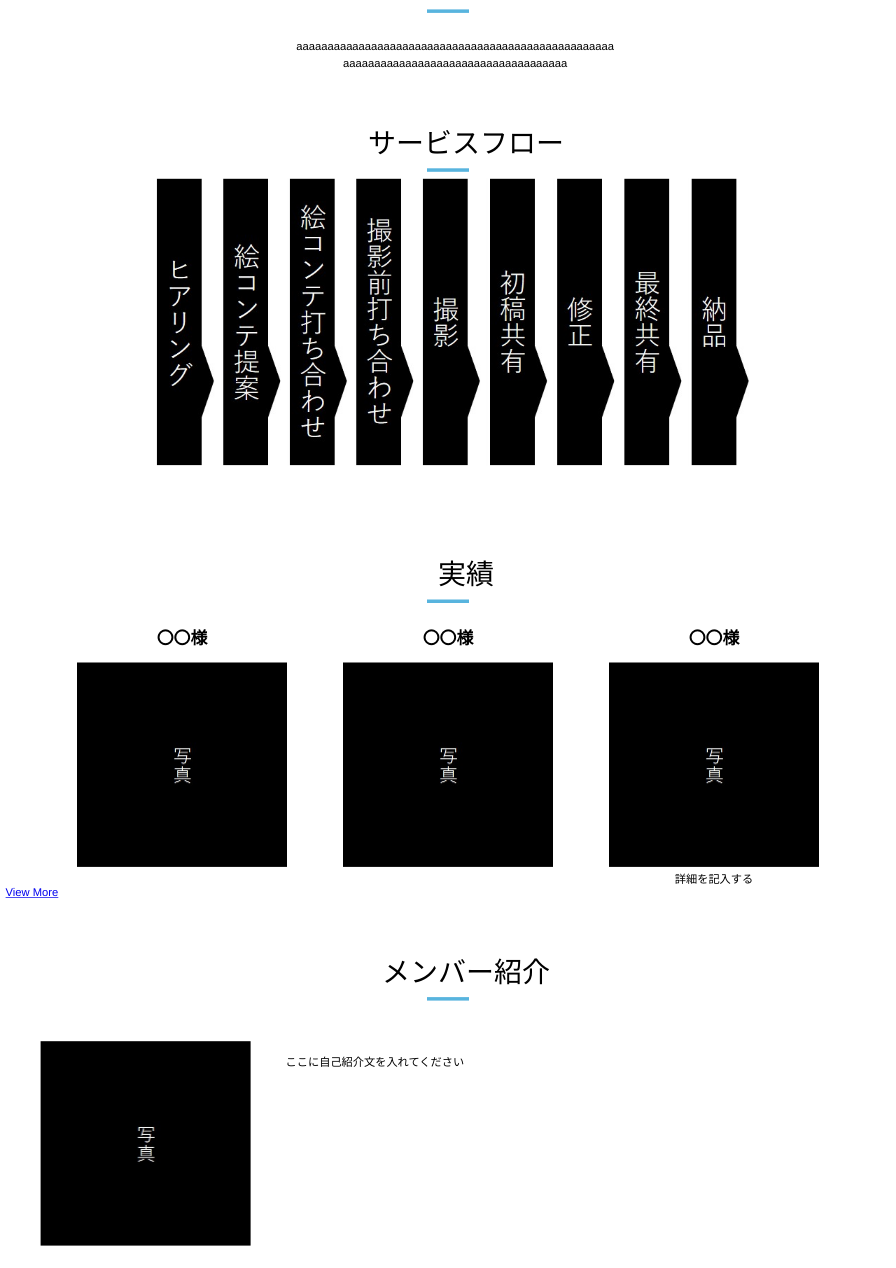
Repository: takumi-kojima0901/js.practice
Page: carkichi/carkichi.html
The author's editor kept a record of every edit. The page is drawn from the files as they stood at one moment, then again after the next edit.
The browser window is 1280 px wide. The pictures show the part of the page from y = 679 to 2599 px (the page is 2490 px tall before and 2599 px after), at 70% of full size.

Above is the page before.

### carkichi/carkichi.html
<!doctype html>
<html lang="ja">

<head>
<meta charset="UTF-8">
<title>仮</title>
<link rel="stylesheet" media="all" href="carkichi.css">

</head>

<body>

    <header id="header">
	 <img src="scale.jpg" alt="">
    	<div id="slogan">
	    	<h1>キャッチフレーズ</h1>
	    	<h2>説明文を入れます説明文を入れます</h2>
    	</div>
　  </header>

　<section id="about">
　	<div class = "section_title">
　		Avout Us
　	</div>
　	<div class = "about_service">
　		aaaaaaaaaaaaaaaaaaaaaaaaaaaaaaaaaaaaaaaaaaaaaaaaaaa
　		<br>
　		aaaaaaaaaaaaaaaaaaaaaaaaaaaaaaaaaaaa
　	</div>

　</section>


<!-- サービスフロー -->
　<section id="service_flow">
　	<div class = "section_title">
　		サービスフロー
　	</div>
	<div class = "flow_area">
	    <div class = "flow_part">

	        <p>
	            <a href = "#modal-01">
	            	 <div class = "detail_botton" >
	                      <img src = "flow1.jpg" width:122px height:264px>
	                 </div>
	            </a>
	            <div class="modal-wrapper" id="modal-01">
	            	<a href="#!" class="modal-overlay"></a>
	            	      <div class="modal-window">
	            	      	<div class="modal-content">
	            	      		<h4>Modal window</h4>
	            	      		　　<p>
	            	      		　　	Lorem ipsum dolor sit amet, consectetur adipiscing elit. Morbi ut cursus felis. Etiam hendrerit turpis at massa auctor semper.
	            	      		　　</p>
	            	      	</div>
	            	<a href="#!" class="modal-close">×</a>
	            	      </div>
	        　　</div>
	        </p>

	        <p>
	            <a href = "#modal-02">
	            	 <div class = "detail_botton" >
	                      <img src = "flow2.jpg" width:122px height:264px>
	                 </div>
	            </a>
	            <div class="modal-wrapper" id="modal-02">
	            	<a href="#!" class="modal-overlay"></a>
	            	    <div class="modal-window">
	            	    	<div class="modal-content">
	            	    		<h4>gggggggggggggggg</h4>
	            	    		   <p>
	            	    		   aaaaaaaaaaaaaaaaaaaaaaaaaaaaaaaaaaaaaaaaaaaaaaaaaaa
	            	    		   </p>
	            	    	</div>
	            	<a href="#!" class="modal-close">×</a>
	            	　　</div>
	            </div>
	        </p>

	        <p>
	            <a href = "#modal-03">
	            	 <div class = "detail_botton" >
	                      <img src = "flow3.jpg" width:122px height:264px>
	                 </div>
	            </a>
	            <div class="modal-wrapper" id="modal-03">
	            	<a href="#!" class="modal-overlay"></a>
	            	    <div class="modal-window">
	            	    	<div class="modal-content">
	            	    		<h4>sss</h4>
	            	    		<p>
                                   ssss
	            	    		</p>
	            	    	</div>
	            	<a href="#!" class="modal-close">×</a>
	            	　　</div>
	            </div>
	        </p>

	        <p>
	            <a href = "#modal-04">
	            	 <div class = "detail_botton" >
	                      <img src = "flow4.jpg" width:122px height:264px>
	                 </div>
	            </a>
	            <div class="modal-wrapper" id="modal-04">
	            	<a href="#!" class="modal-overlay"></a>
	            	    <div class="modal-window">
	            	    	<div class="modal-content">
	            	    		<h4>fffffffffff</h4>
	            	    		<p>
	            	    			ffffffffffffffffffff
	            	    		</p>
	            	    	</div>
	            	<a href="#!" class="modal-close">×</a>
	            	　　</div>
	            </div>
	        </p>

	        <p>
	            <a href = "#modal-05">
	            	 <div class = "detail_botton" >
	                      <img src = "flow5.jpg" width:122px height:264px>
	                 </div>
	            </a>
	            <div class="modal-wrapper" id="modal-05">
	            	<a href="#!" class="modal-overlay"></a>
	            	    <div class="modal-window">
	            	    	<div class="modal-content">
	            	    		<h4>ddddddddddddd</h4>
	            	    		<p>
	            	    			ddddddddddddddd
	            	    		</p>
	            	    	</div>
	            	<a href="#!" class="modal-close">×</a>
	            	　　</div>
	            </div>
	        </p>

	        <p>
	            <a href = "#modal-06">
	            	 <div class = "detail_botton" >
	                      <img src = "flow6.jpg" width:122px height:264px>
	                 </div>
	            </a>
	            <div class="modal-wrapper" id="modal-06">
	            	<a href="#!" class="modal-overlay"></a>
	            	    <div class="modal-window">
	            	    	<div class="modal-content">
	            	    		<h4>kkkkkkkkkkkkk</h4>
	            	    		<p>
	            	    			kkkkkkkkkkkkk
	               	    		</p>
	            	    	</div>
	            	<a href="#!" class="modal-close">×</a>
	            	　　</div>
	            </div>
	        </p>

	        <p>
	            <a href = "#modal-07">
	            	 <div class = "detail_botton" >
	                      <img src = "flow7.jpg" width:122px height:264px>
	                 </div>
	            </a>
	            <div class="modal-wrapper" id="modal-07">
	            	<a href="#!" class="modal-overlay"></a>
	            	    <div class="modal-window">
	            	    	<div class="modal-content">
	            	    		<h4>llllllllllllll</h4>
	            	    		<p>
	            	    			lllllllllllllll
	               	    		</p>
	            	    	</div>
	            	<a href="#!" class="modal-close">×</a>
	            	　　</div>
	            </div>
	        </p>

	        <p>
	            <a href = "#modal-08">
	            	 <div class = "detail_botton" >
	                      <img src = "flow8.jpg" width:122px height:264px>
	                 </div>
	            </a>
	            <div class="modal-wrapper" id="modal-08">
	            	<a href="#!" class="modal-overlay"></a>
	            	    <div class="modal-window">
	            	    	<div class="modal-content">
	            	    		<h4>kkkkkkkkkkkkk</h4>
	            	    		<p>
	            	    			kkkkkkkkkkkkk
	               	    		</p>
	            	    	</div>
	            	<a href="#!" class="modal-close">×</a>
	            	　　</div>
	            </div>
	        </p>

	        <p>
	            <a href = "#modal-09">
	            	 <div class = "detail_botton" >
	                      <img src = "flow9.jpg" width:122px height:264px>
	                 </div>
	            </a>
	            <div class="modal-wrapper" id="modal-09">
	            	<a href="#!" class="modal-overlay"></a>
	            	    <div class="modal-window">
	            	    	<div class="modal-content">
	            	    		<h4>kkkkkkkkkkkkk</h4>
	            	    		<p>
	            	    			kkkkkkkkkkkkk
	               	    		</p>
	            	    	</div>
	            	<a href="#!" class="modal-close">×</a>
	            	　　</div>
	            </div>
	        </p>
	    </div>
	</div>


　</section>

　<section id="service_detail">

　</section>

<!-- // サービスフロー -->

<!-- 実績 -->
　<section id="service_Performance">
　	<div class = "section_title">
　		実績
　	</div>
    <div class = "inner">
    	<ul class = "performance">
    		<div>
  			  <h2>〇〇様</h2>
    			<div class = "performance_image">
    				<img src = "kari.jpg"style="width:300px">
    			</div>
    		</div>
    	<ul>
    	<ul class = "performance">
    		<div>
  			  <h2>〇〇様</h2>
    			<div class = "performance_image">
    				<img src = "kari.jpg"style="width:300px">
    			</div>
    		</div>
    	<ul>
    	<ul class = "performance">
    		<div>
  			  <h2>〇〇様</h2>
    			<div class = "performance_image">
    				<img src = "kari.jpg" style="width:300px">
    				<div class = "mask">
    					<div class ="caption">
    						詳細を記入する
    					</div>
    				</div>
    			</div>
    		</div>
    	<ul>
    </div>

    <div class="container">
    	<a href="#" class="btn-box">View More</a>
    </div>

　</section>
<!-- // 実績 -->

<!-- メンバー紹介 -->
　<section id="member">
　	<div class = "section_title">
　		メンバー紹介
　	</div>
　	<br>
　	<div class = "nagao">
        <img src = "kari.jpg" style="width:300px">
        <p class = "sentence">ここに自己紹介文を入れてください</p>
    </div>





　</section>
<!-- // メンバー紹介 -->



</body>

### carkichi/carkichi.css
body{
    font-family: Helvetica, "ヒラギノ角ゴ Pro W3", "Hiragino Kaku Gothic Pro", sans-serif;
	font-weight: 300;
	-webkit-text-size-adjust:100%;
	overflow-x: hidden;
	color: #000;
	background: white;
}

.section_title{
    text-align:center;
    font-size:40px;
}

.section_title:after {
    xposition: absolute;
    content: '';
    display: block;
    xtop: 50%;
    xleft: 50%;
    width: 60px;
    height: 5px;
    margin: 10px auto;
    background: #58b4de
}


/* ヘッダー
------------------------------------------------------------*/
#header{
	position: relative;
    overflow:hidden;
    width:100%;
    height:568px;
}

#header img{
    position:absolute;
    width:1600px;
    height:900px;
}

#slogan{
	position: absolute;
    top: 50%;
	width: 100%;
	-webkit-transform: translate(0, -50%);
  　transform: translate(0, -50%);
	color: black;
	line-height: 1.2;
	text-align: left;
	left :20%;
}

/* About Us
------------------------------------------------------------*/

.about_service{
    text-align:center;
}


/* サービスフロー
------------------------------------------------------------*/
.flow_part{
    display:flex;
    margin:0 auto;
    text-align:center;
    justify-content: center;
}

.detail_botton img{
  cursor: pointer;
  transition-duration: 0.3s;;
}

.detail_botton:hover img{
  opacity: 0.6;
  transition-duration: 0.3s;;
}


/* モーダルウィンドウ
------------------------------------------------------------*/

.modal-wrapper {
  z-index: 999;
  position: fixed;
  top: 0;
  right: 0;
  bottom: 0;
  left: 0;
  padding: 40px 10px;
  text-align: center
}

.modal-wrapper:not(:target) {
  opacity: 0;
  visibility: hidden;
  transition: opacity .3s, visibility .3s;
}

.modal-wrapper:target {
  opacity: 1;
  visibility: visible;
  transition: opacity .4s, visibility .4s;
}

.modal-wrapper::after {
  display: inline-block;
  height: 100%;
  margin-left: -.05em;
  vertical-align: middle;
  content: ""
}

.modal-wrapper .modal-window {
  box-sizing: border-box;
  display: inline-block;
  z-index: 20;
  position: relative;
  width: 70%;
  max-width: 600px;
  padding: 30px 30px 15px;
  border-radius: 2px;
  background: #fff;
  box-shadow: 0 0 30px rgba(0, 0, 0, .6);
  vertical-align: middle
}

.modal-wrapper .modal-window .modal-content {
  max-height: 80vh;
  overflow-y: auto;
  text-align: left
}

.modal-overlay {
  z-index: 10;
  position: absolute;
  top: 0;
  right: 0;
  bottom: 0;
  left: 0;
  background: rgba(0, 0, 0, .8)
}

.modal-wrapper .modal-close {
  z-index: 20;
  position: absolute;
  top: 0;
  right: 0;
  width: 35px;
  color: #95979c !important;
  font-size: 20px;
  font-weight: 700;
  line-height: 35px;
  text-align: center;
  text-decoration: none;
  text-indent: 0
}

.modal-wrapper .modal-close:hover {
  color: #2b2e38 !important
}



/* 実績erformance
------------------------------------------------------------*/
#service_Performance{
    clear:both;
}

.performance{
    display:flex;
    margin:0 auto;
    text-align:center;
    justify-content: center;
}

.performance_image　img{
    width:20px;
}

.h2{
    text-align:center;
}


/* members
------------------------------------------------------------*/
.nagao{
    display:flex;
    margin-left:50px;
}

.sentence{
  margin-left: 50px;
}

After the next edit:
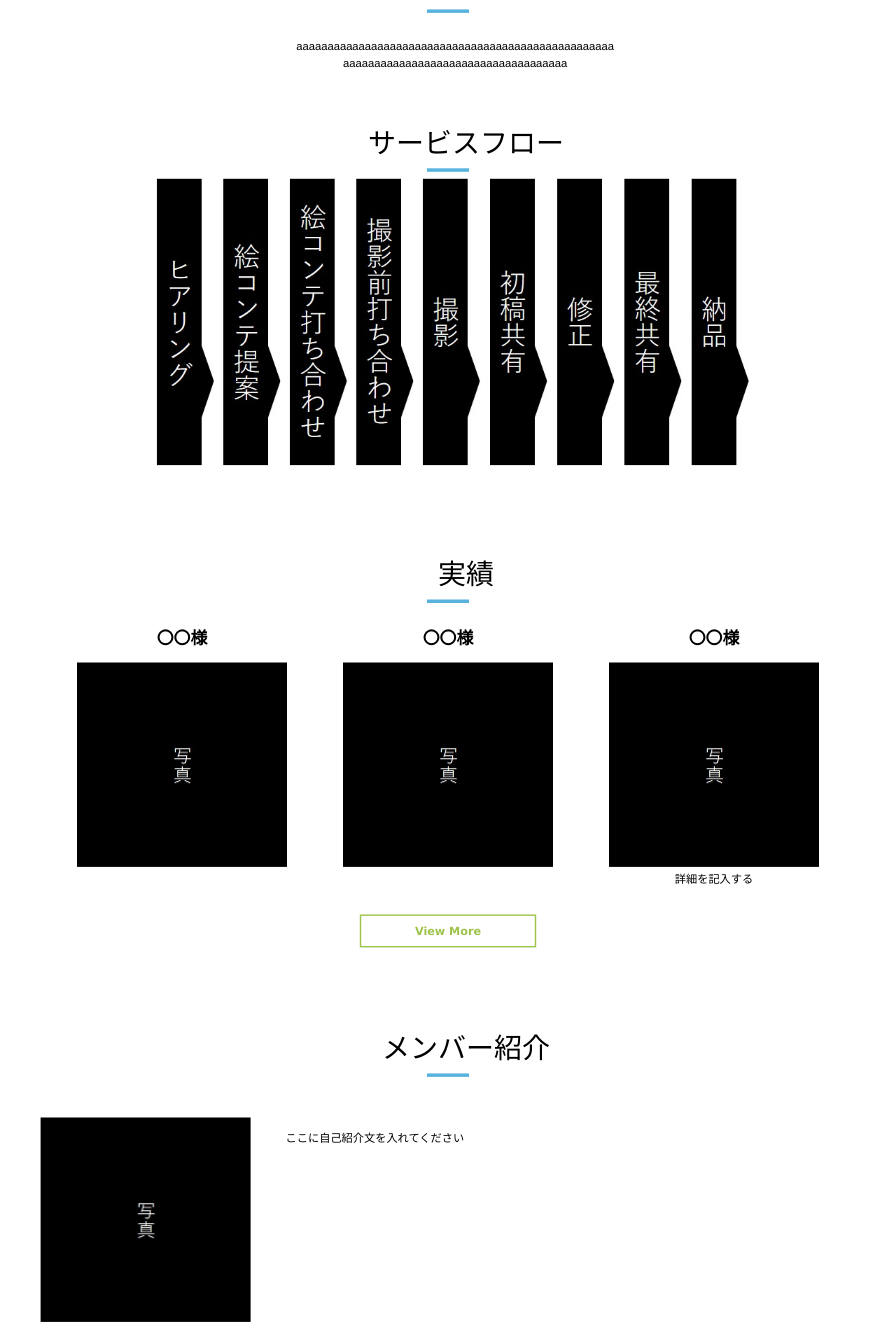
The edit:
--- a/carkichi/carkichi.css
+++ b/carkichi/carkichi.css
@@ -186,6 +186,62 @@
     text-align:center;
 }
 
+.container {
+  font-family: "Yu Gothic", YuGothic, Verdana, 'Hiragino Kaku Gothic ProN','Hiragino Kaku Gothic Pro', 'ヒラギノ角ゴ Pro W3', 'メイリオ', Meiryo, sans-serif;
+  text-align: center;
+  padding-top: 40px;
+  padding-bottom: 40px;
+}
+
+.btn-box {
+  display: inline-block;
+  width: 200px;
+  text-align: center
+  font-size: 16px;
+  color: #9ec34b;
+  text-decoration: none;
+  font-weight: bold;
+  padding: 12px 24px;
+  position: relative;
+  border: 2px solid #9ec34b;
+  transition: .4s;
+}
+
+.btn-box:hover {
+  border: 2px solid transparent;
+  color: #FFF;
+}
+
+.btn-box:before, .btn-box:after {
+  width: 100%;
+  height: 100%;
+  z-index: 3;
+  content: "";
+  position: absolute;
+  top: 0;
+  left: 0;
+  box-sizing: border-box;
+  transform: scale(0);
+  transition: .2s;
+}
+
+.btn-box:before {
+  border-bottom: 2px solid #FFF;
+  border-left: 2px solid #FFF;
+  transform-origin: 100% 0%;
+}
+
+.btn-box:after {
+  border-top: 2px solid #FFF;
+  border-right: 2px solid #FFF;
+  transform-origin: 0% 100%;
+}
+
+.btn-box:hover:after,
+.btn-box:hover:before {
+  transform: scale(1);
+}
+
 
 /* members
 ------------------------------------------------------------*/
